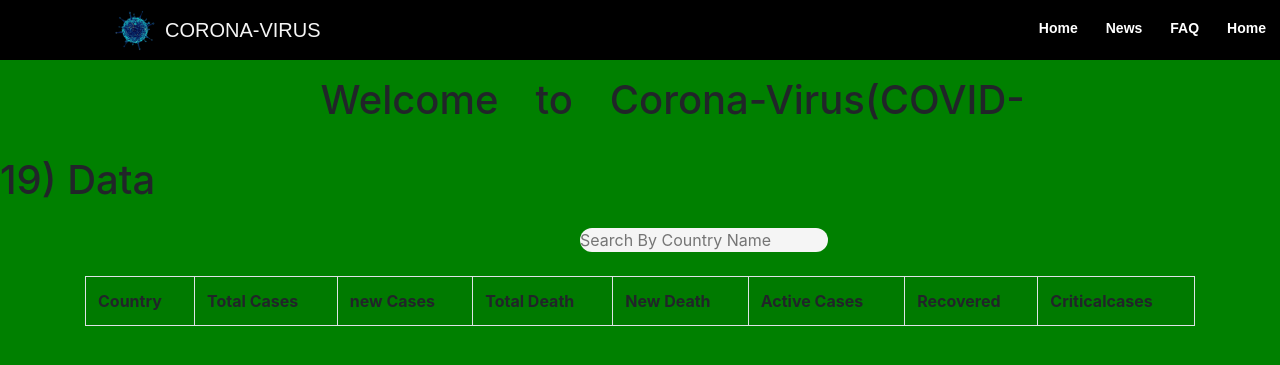
Repository: xthashankar/COVID-19-data-
Page: index.html
The author's editor kept a copy of each file at every save. The page is drawn from the files as they stood at one save, then again after the next save.
The browser window is 1280 px wide. The pictures show the whole page.
The page's requests for data from a server got no answer.

Above is the page before, as saved 2020-04-16 13:09:05.

After the next save:
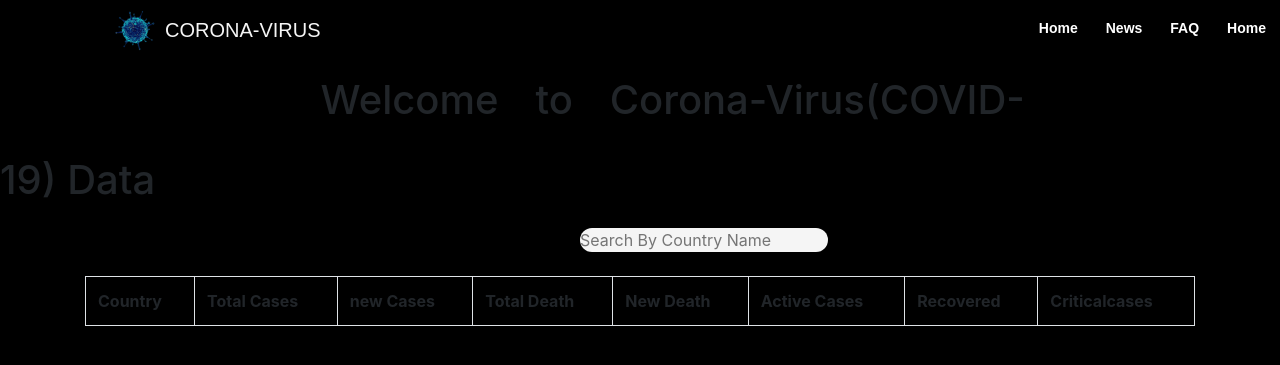
Saved 10 s later.
--- a/css/styles.css
+++ b/css/styles.css
@@ -76,7 +76,7 @@ h1{
 
 }
 body{
-  background-color:green ;
+  background-color:black ;
 }
 #search{
   border-radius: 10px;
